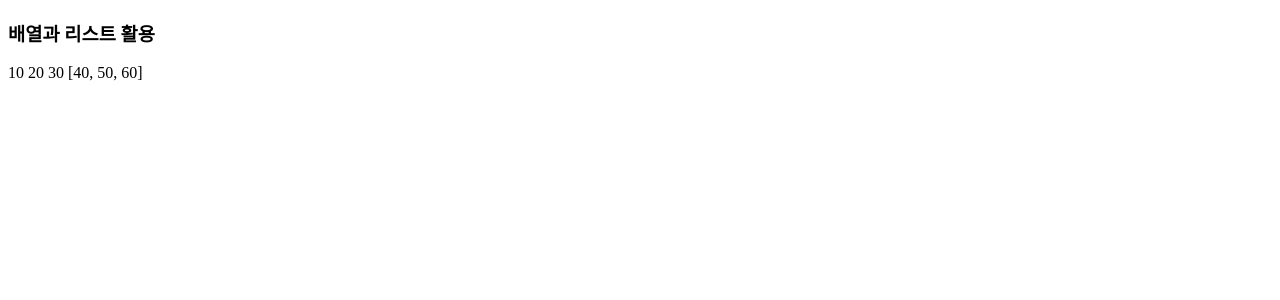
Repository: kimheerin/jspWorks
Page: http://localhost/jsbook/ch01/script2.jsp
The author's editor kept a copy of each file at every save. The page is drawn from the files as they stood at one save, then again after a run of saves.
The browser window is 1280 px wide. The pictures show the whole page.
The page is served by Tomcat 9.

Above is the page before, as saved 2023-11-20 02:48:15.

After the next 2 saves:
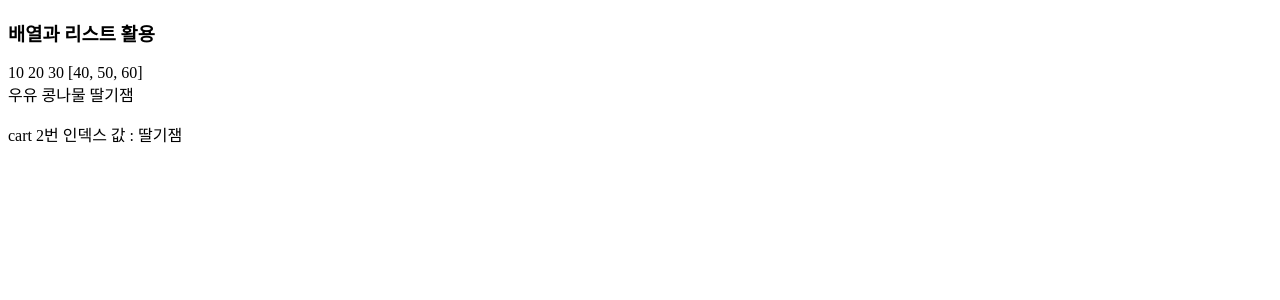
The 2 saves are shown as one change because 1 did not build or start.
The last was saved 113 s later.
--- a/jsbook/src/main/webapp/ch01/script2.jsp
+++ b/jsbook/src/main/webapp/ch01/script2.jsp
@@ -10,22 +10,29 @@
 </head>
 <body>
 	<h3> 배열과 리스트 활용</h3>
-   <%
-      //배열
-      int [] arr = new int []{10,20,30};
-      for(int i = 0; i<arr.length;i++){
-         out.println(arr[i]);
-      }
+   	<%
+	    //배열
+	    int [] arr = new int []{10,20,30};
+	    for(int i = 0; i<arr.length;i++){
+	       out.println(arr[i]);
+	    }
 
-      int arr2[] = new int []{40,50,60};
-      out.println(Arrays.toString(arr2));
+	    int arr2[] = new int []{40,50,60};
+	    out.println(Arrays.toString(arr2));
 
-      //ArrayList 클래스
-      ArrayList<String> cart = new ArrayList<>();
-      cart.add("우유");
-      cart.add("콩나물");
-      cart.add("딸기잼");
+	    //ArrayList 클래스
+	    ArrayList<String> cart = new ArrayList<>();
+	    cart.add("우유");
+	    cart.add("콩나물");
+	    cart.add("딸기잼");
+
+	    out.println("<br>");
+	    //향상 for문
+	    for(String c : cart){
+	  	  out.println(c);
+	    }
 
    %>
+   <p>cart 2번 인덱스 값 : <%= cart.get(2)%></p>
 </body>
 </html>
